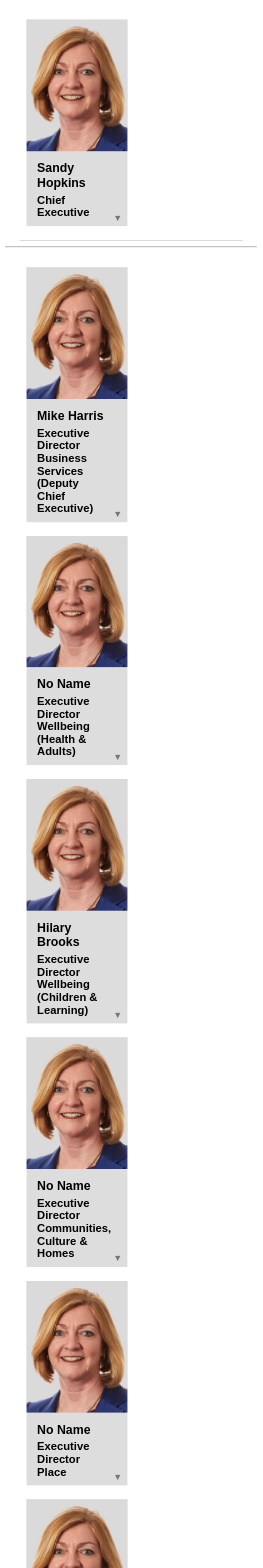
Repository: DigitalExperienceTeam/management
Page: index.html
The author's editor kept a record of every edit. The page is drawn from the files as they stood at one moment, then again after the next edit.
The browser window is 375 px wide. The pictures show the part of the page from y = 0 to 2240 px (the page is 2484 px tall before and 3528 px after), at 70% of full size.

Above is the page before.

After the next edit:
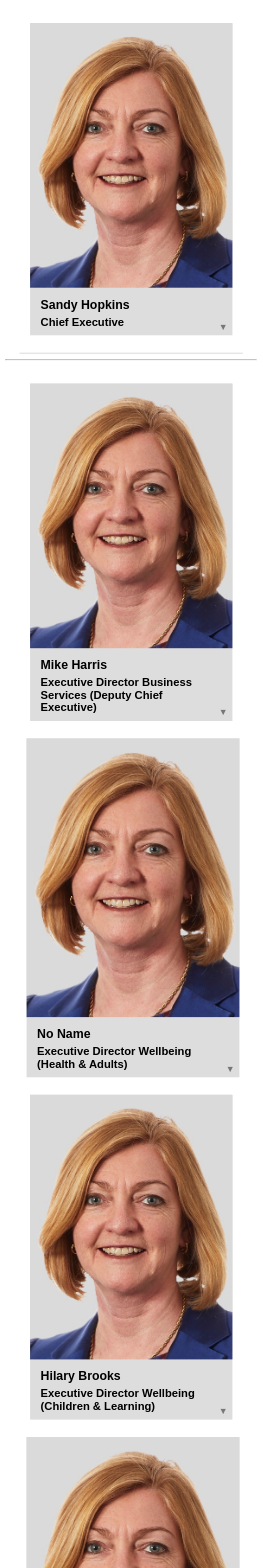
The edit:
--- a/style.css
+++ b/style.css
@@ -126,7 +126,7 @@
     margin:0 20px;
 }
 
-profile {
+.profile {
     width: 100%;
     margin: 15px;
 }
